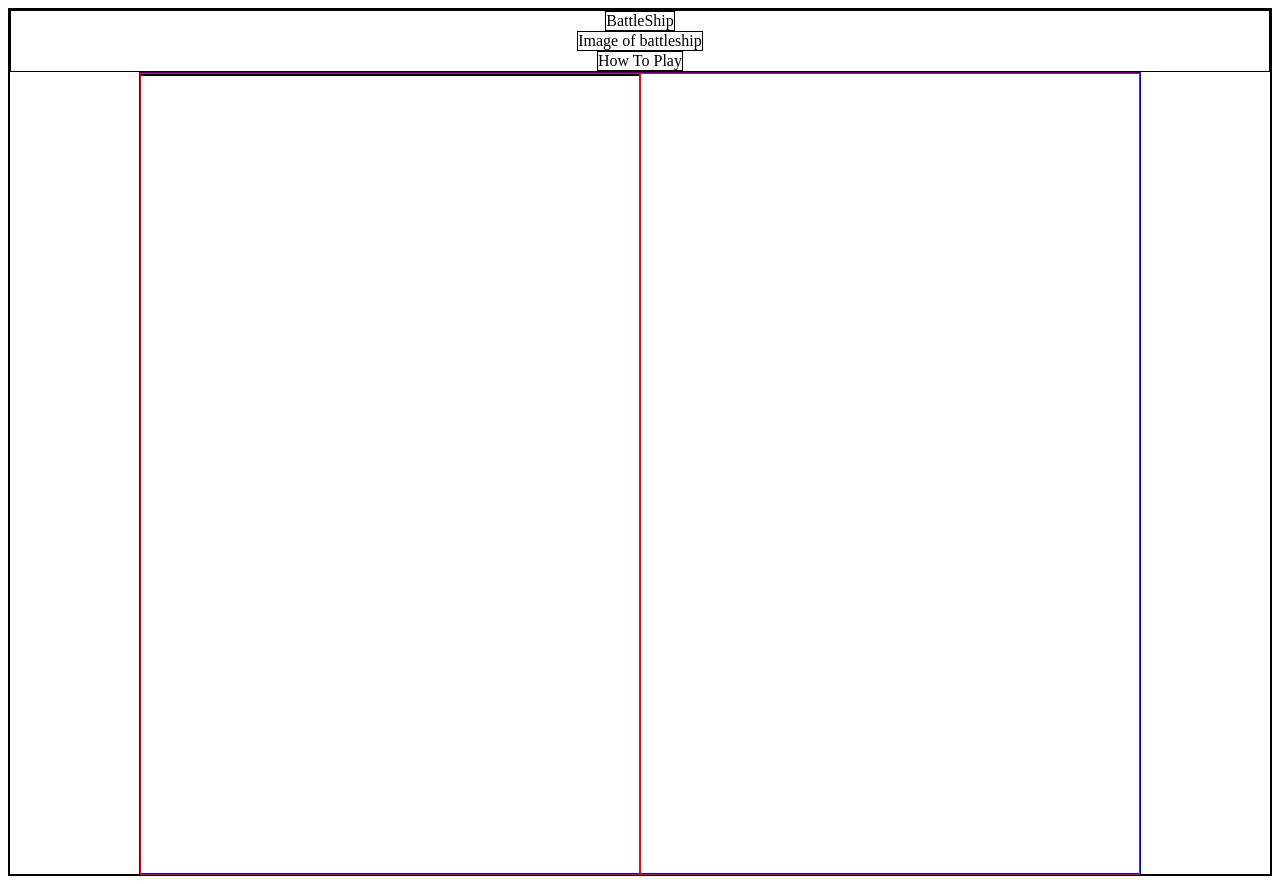
Repository: J-Haze/BattleshipApp
Page: /
The author's editor kept a copy of each file at every save. The page is drawn from the files as they stood at one save, then again after a run of saves.
The browser window is 1280 px wide. The pictures show the whole page.
The project was rebuilt for these pictures with package versions that can differ from the ones it lists, and the page was loaded fresh each time. Also part of the build but not shown: src/index.css.

Above is the page before, as saved 2020-09-15 21:17:21.

After the next 2 saves:
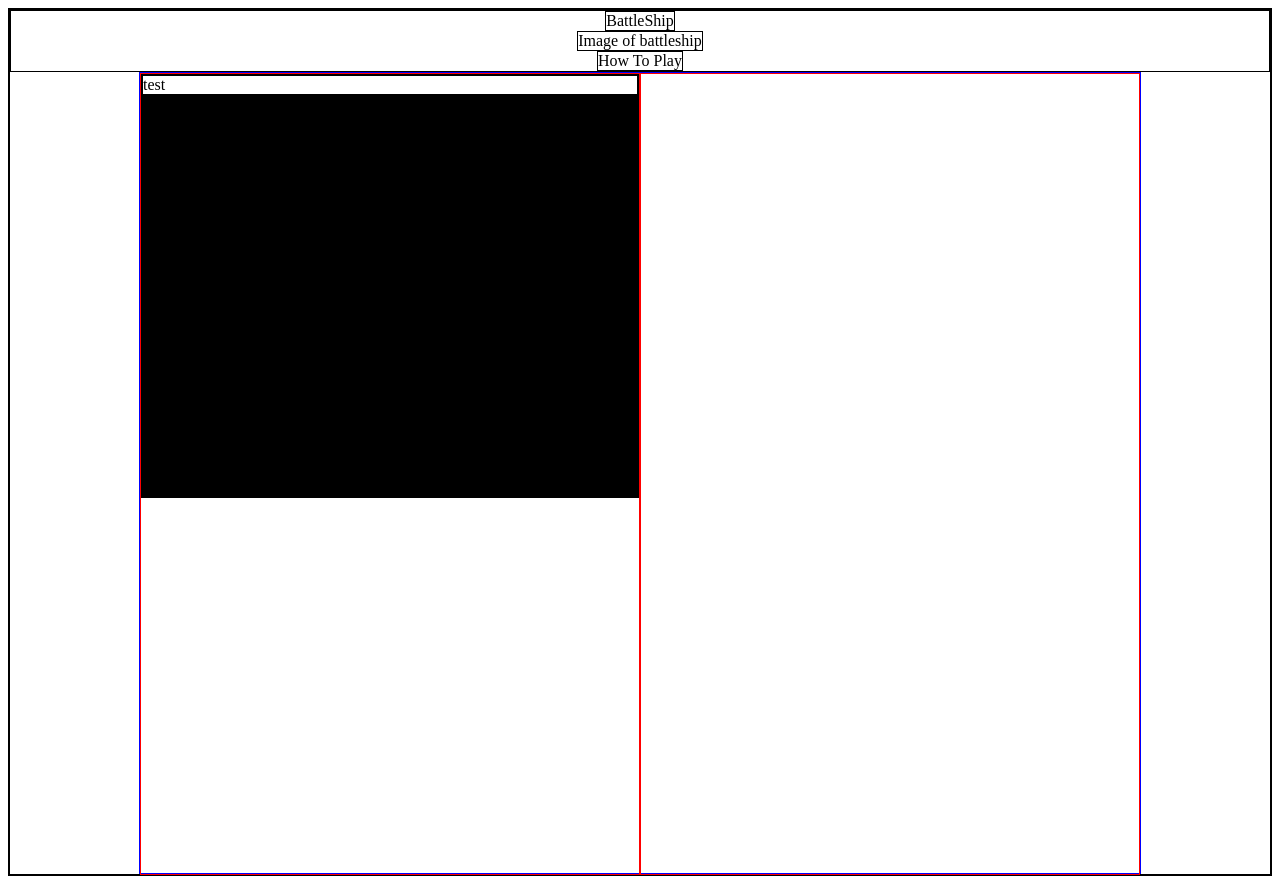
The 2 saves are shown as one change because 1 did not build or start.
The last was saved 6 min 40 s later.
--- a/src/Components/Board.js
+++ b/src/Components/Board.js
@@ -5,32 +5,33 @@ import player from "../factories/player"
 import Square from "./Square.js"
 // import Player from "./Player.js"
 
-function Board({ player, gameboard, squares }) {
+function Board({ player, gameboard, pSquares }) {
 
     // let squares = player.gameboard
     //squares should be an array of all the squares
 
-    console.log("squares:", squares)
+    const squareItems = pSquares.map((square) =>
+        <Square
+            square={square}
+            // key={square.}
+        // key={book.title}
+        // book={book}
+        // handleDelete={handleDelete}
+        // toggleRead={toggleRead}
+        // toggleReading={toggleReading}
+        // toggleNotRead={toggleNotRead}
 
+        />
+    );
 
-    // const squareItems = squares.map((square) =>
-    //     <Square
-    //         square={square}
-    //         // key={square.}
-    //     // key={book.title}
-    //     // book={book}
-    //     // handleDelete={handleDelete}
-    //     // toggleRead={toggleRead}
-    //     // toggleReading={toggleReading}
-    //     // toggleNotRead={toggleNotRead}
-    //     />
-    // );
+    // console.log("squares:", square)
 
     return (
         // <div>{squareItems}</div>
 
         <div>
-            {/* {squareItems} */}
+            <div> test </div>
+            <div> {squareItems} </div>
         </div>
     )
 }
